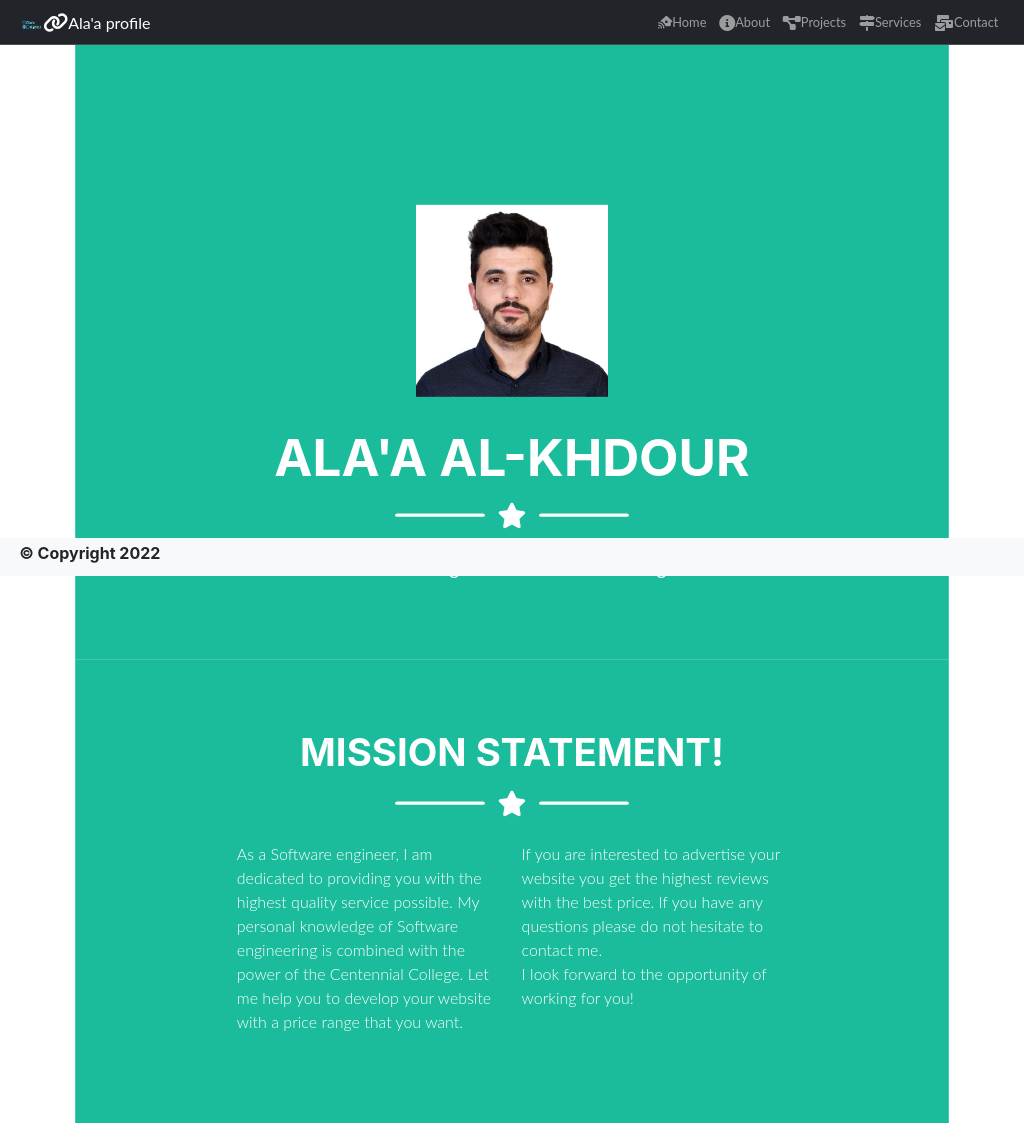
Repository: alaakhdour/heroukulivesite-section1
Page: http://localhost/
An editor plug-in stored every save of this project. The page is shown before and after the next save, followed by the edit.
The browser window is 1280 px wide. The pictures show the whole page, at 80% of full size.
The page is served by the project's Node server (server.js).

Above is the page before, as saved 2022-06-17 08:21:06.

After the next save:
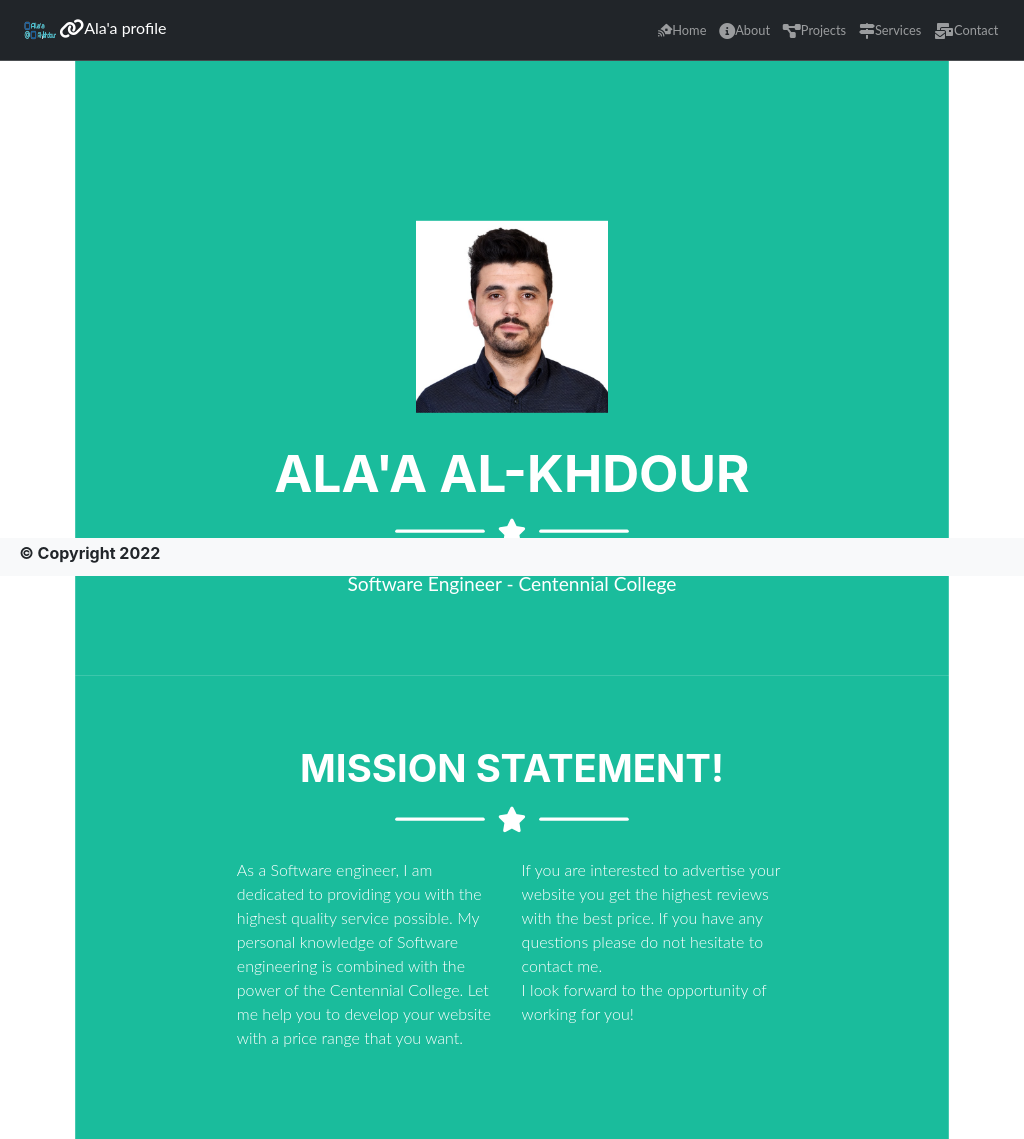
Saved 22 s later.
--- a/Server/Views/components/header.ejs
+++ b/Server/Views/components/header.ejs
@@ -1,6 +1,6 @@
 <nav class="navbar navbar-expand-lg navbar-dark bg-dark">
     <div class="container-fluid">
-      <a class="navbar-brand" href="/"> <img src="./Assets/images/logo.png" alt="" width="30" height="24"><i class="fa-solid fa-link fa-lg"></i>Ala'a profile</a>
+      <a class="navbar-brand" href="/"> <img src="./Assets/images/logo.png" alt="" width="50" height="50"><i class="fa-solid fa-link fa-lg"></i>Ala'a profile</a>
       <button class="navbar-toggler" type="button" data-bs-toggle="collapse" data-bs-target="#navbarSupportedContent" aria-controls="navbarSupportedContent" aria-expanded="false" aria-label="Toggle navigation">
         <span class="navbar-toggler-icon"></span>
       </button>

After the save that followed:
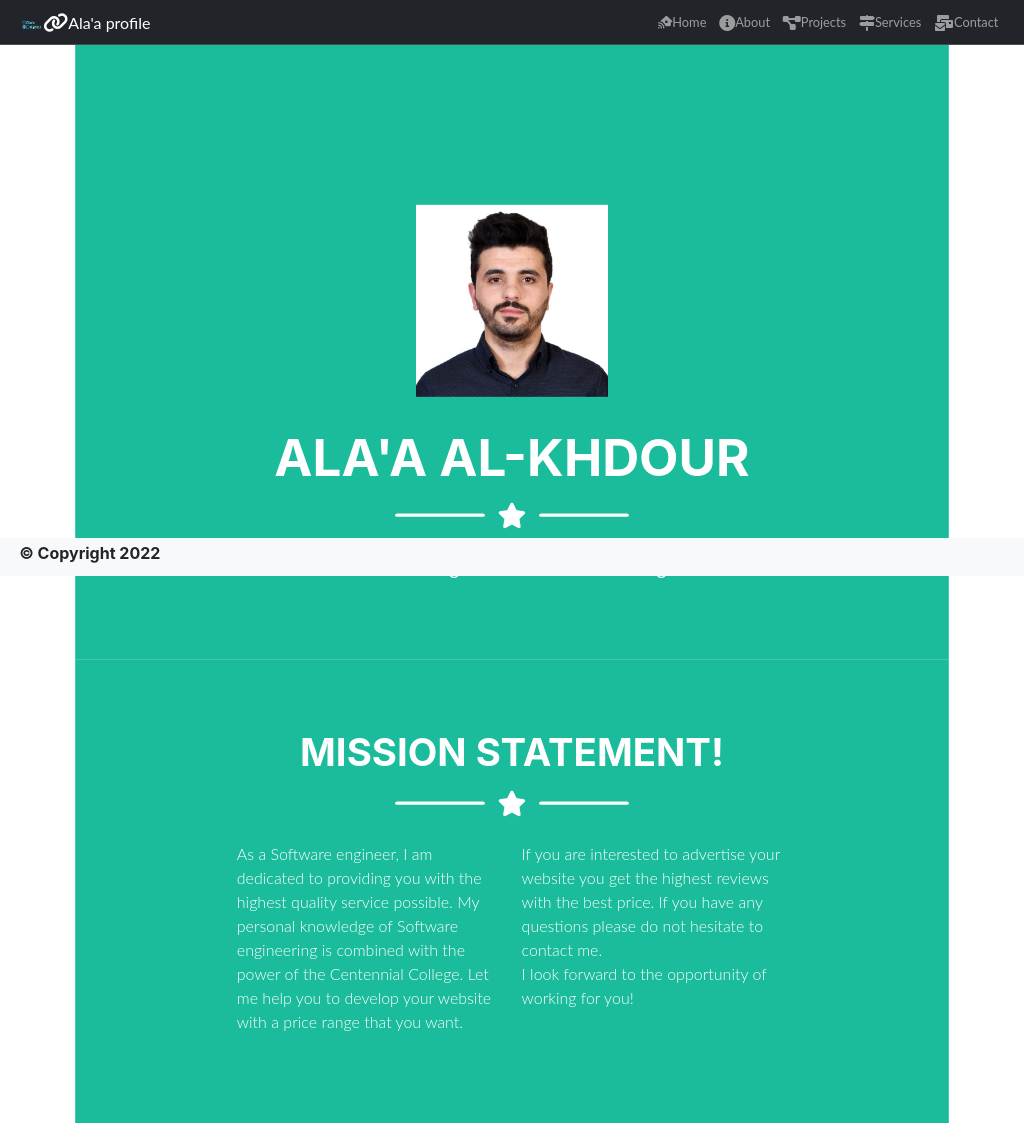
Saved 25 s later.
--- a/Server/Views/components/header.ejs
+++ b/Server/Views/components/header.ejs
@@ -1,6 +1,6 @@
 <nav class="navbar navbar-expand-lg navbar-dark bg-dark">
     <div class="container-fluid">
-      <a class="navbar-brand" href="/"> <img src="./Assets/images/logo.png" alt="" width="50" height="50"><i class="fa-solid fa-link fa-lg"></i>Ala'a profile</a>
+      <a class="navbar-brand" href="/"> <img src="./Assets/images/logo.png" alt="" width="30" height="24"><i class="fa-solid fa-link fa-lg"></i>Ala'a profile</a>
       <button class="navbar-toggler" type="button" data-bs-toggle="collapse" data-bs-target="#navbarSupportedContent" aria-controls="navbarSupportedContent" aria-expanded="false" aria-label="Toggle navigation">
         <span class="navbar-toggler-icon"></span>
       </button>
